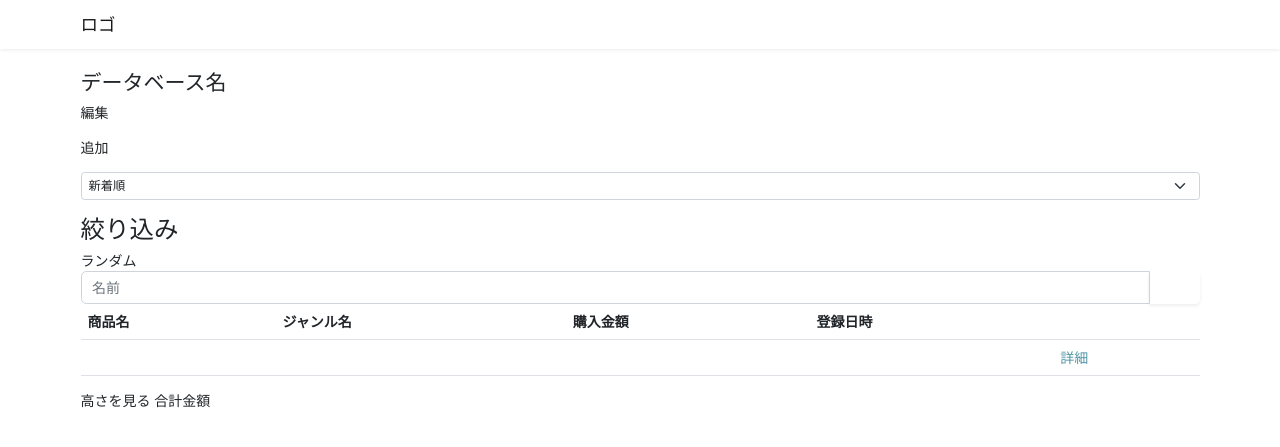
Repository: masa1228ew/original
Page: http://localhost/data/index
The author's editor kept a copy of each file at every save. The page is drawn from the files as they stood at one save, then again after the next save.
The browser window is 1280 px wide. The pictures show the whole page.
The page is this project's Thymeleaf template; nobody is signed in. The template is opened directly, without the code that normally fills it, so the values that code supplies are empty.

Above is the page before, as saved 2025-01-15 02:02:40.

After the next save:
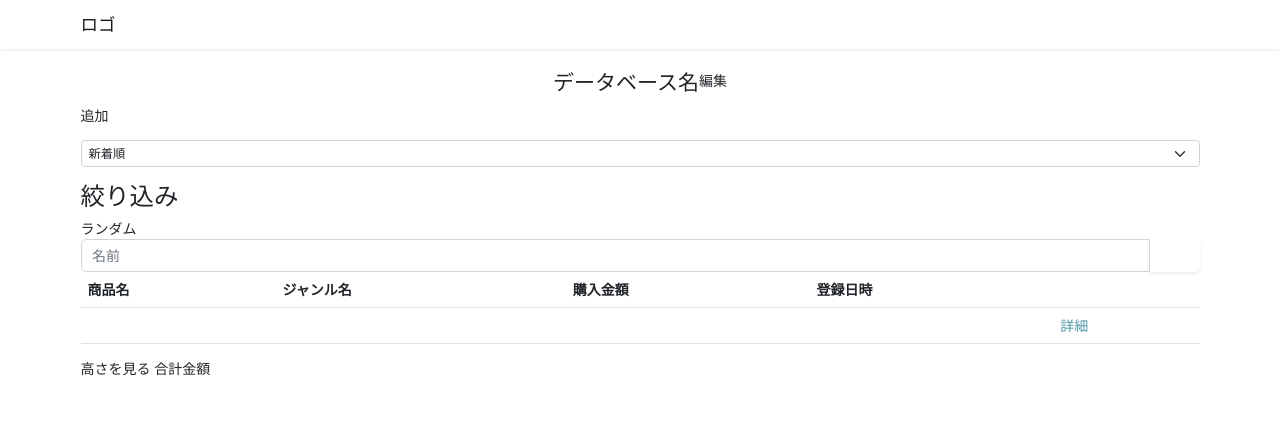
Saved 3 min 29 s later.
--- a/original/original/src/main/resources/templates/data/index.html
+++ b/original/original/src/main/resources/templates/data/index.html
@@ -20,7 +20,7 @@
            </nav>
 			<main>
 				<div class="container pt-4 pb-5">
-					<div>
+					<div class="d-flex justify-content-center">
 					<h1>データベース名</h1>
 					<p>編集</p>
 					</div>
